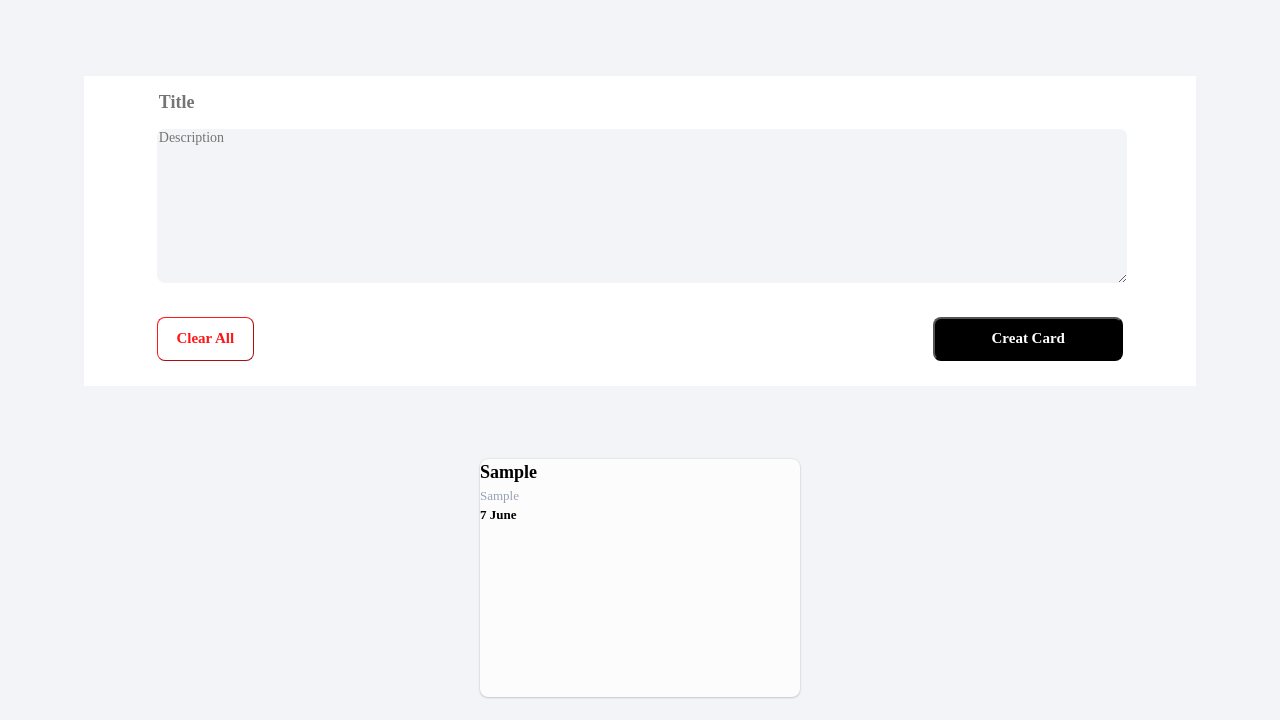
Repository: ReyhanehRahmani/TO-DO
Page: index.html
An editor plug-in stored every save of this project. The page is shown before and after the next save, followed by the edit.
The browser window is 1280 px wide. The pictures show the whole page.
Empty fields were first filled with sample values (such as "Sample", 5 or name@example.com).
After loading, the first visible `#creatbut` was clicked once.

Above is the page before, as saved 2025-06-08 10:25:53.

After the next save:
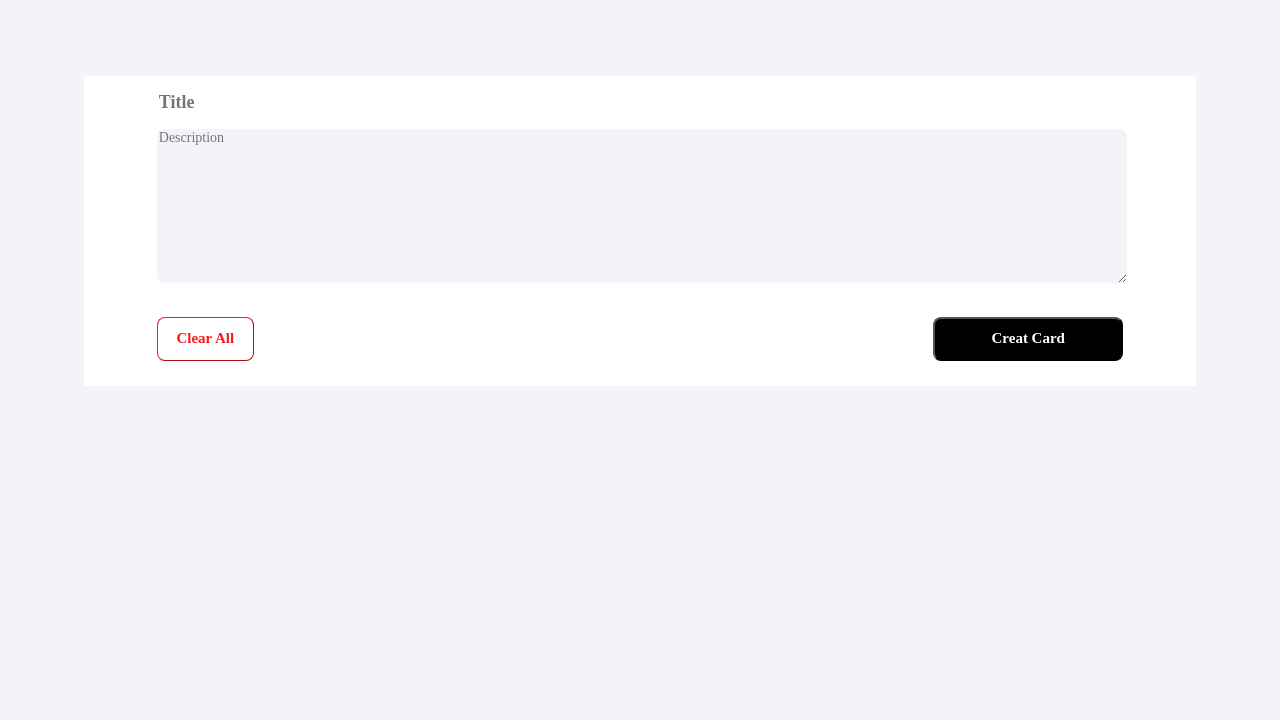
Saved 3 min 18 s later.
--- a/script.js
+++ b/script.js
@@ -3,8 +3,9 @@ document.getElementById("creatbut").onclick = function () {
     const title = document.getElementById("titlebox").value.trim();
     const desc = document.getElementById("descriptionbox").value.trim();
 
-    const card = document.createElement("div");
-    card.classList.add("card");
+
+    const cardContent = document.createElement("div");
+    cardContent.classList.add("card");
 
     const titleElem = document.createElement("div");
     titleElem.classList.add("cardTitle");
@@ -27,11 +28,9 @@ document.getElementById("creatbut").onclick = function () {
 
     dateElem.textContent = formattedDate;
 
-    card.appendChild(titleElem);
-    card.appendChild(descElem);
-    card.appendChild(dateElem);
-
-    document.getElementById("cards-container").appendChild(card);
+    cardContent.appendChild(titleElem);
+    cardContent.appendChild(descElem);
+    cardContent.appendChild(dateElem);
 
     document.getElementById("titlebox").value = "";
     document.getElementById("descriptionbox").value = "";
